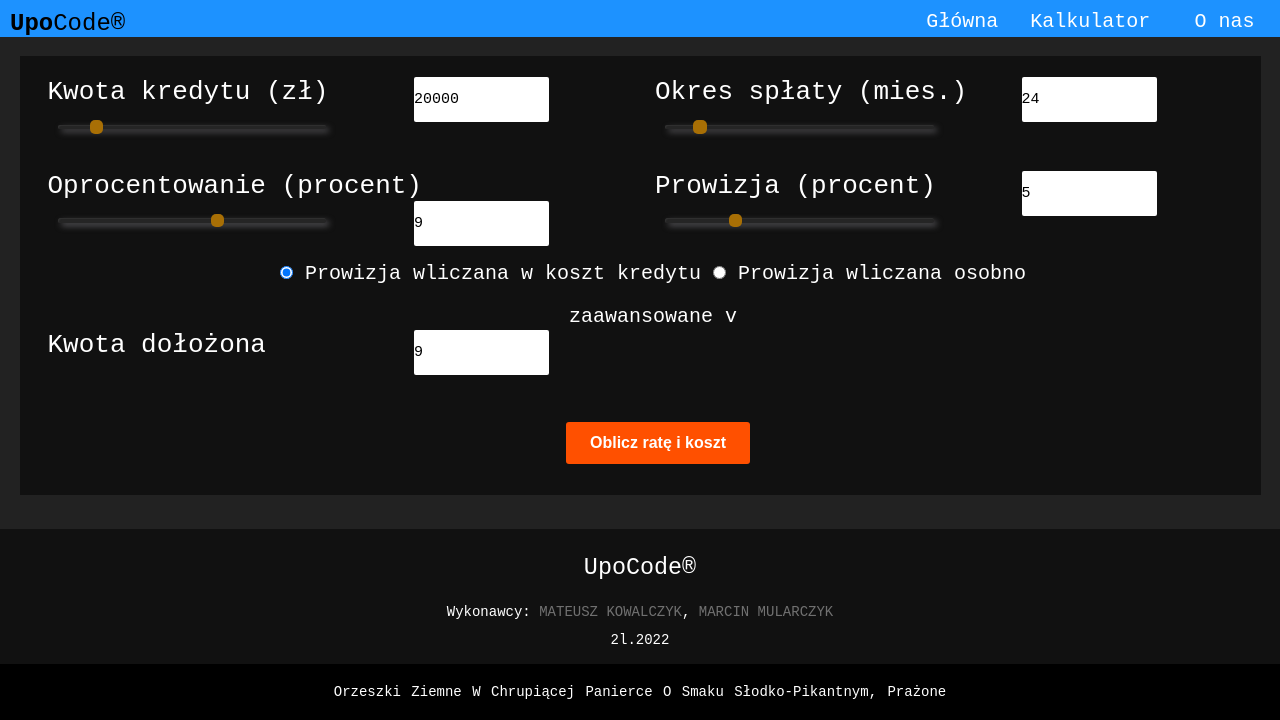
Repository: Klemingway/egzamin
Page: kalkulator.html
An editor plug-in stored every save of this project. The page is shown before and after the next save, followed by the edit.
The browser window is 1280 px wide. The pictures show the whole page.

Above is the page before, as saved 2023-01-25 12:10:25.

After the next save:
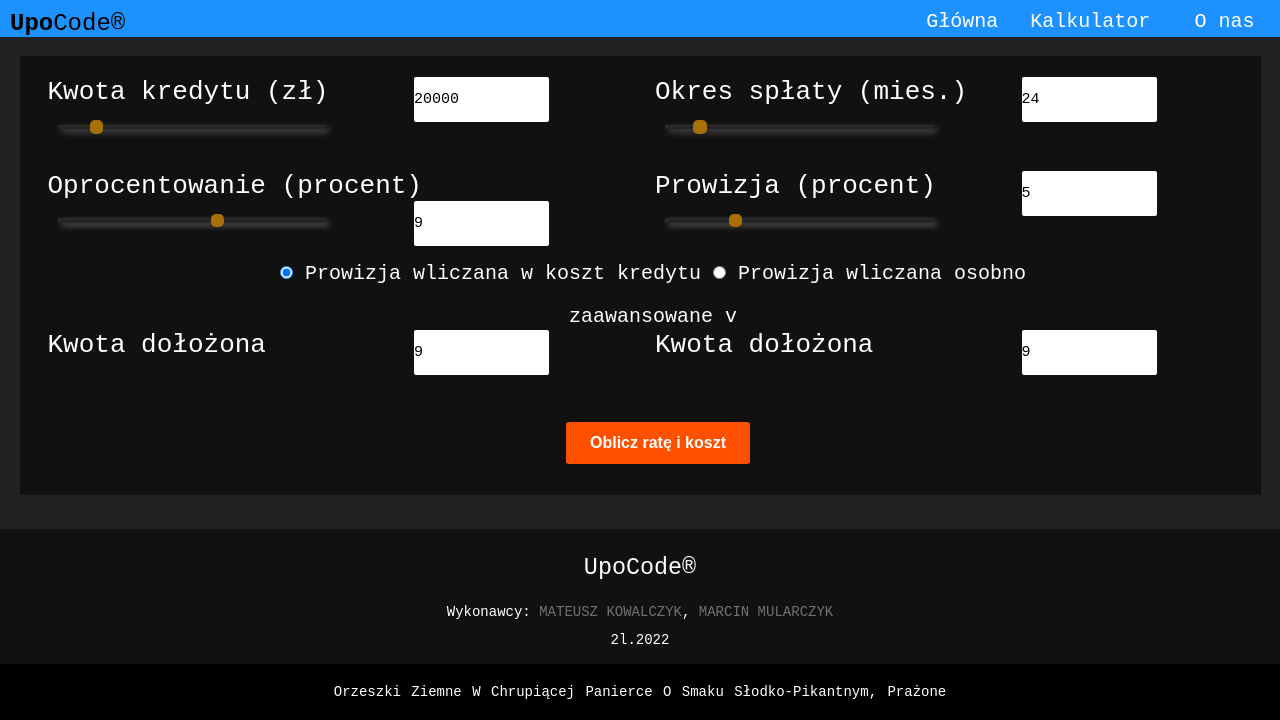
Saved 9 s later.
--- a/kalkulator.html
+++ b/kalkulator.html
@@ -66,6 +66,10 @@
         Kwota dołożona
         <input type="text" name="kwotadodana" pattern="[0-9]" id="kwotadodana" class="wej" value="9">
     </div>
+    <div id="d9" class="d">
+        Kwota dołożona
+        <input type="text" name="kwotadodana" pattern="[0-9]" id="kwotadodana" class="wej" value="9">
+    </div>
     <div id="d7">
         <input type="button" id="guzik" value="Oblicz ratę i koszt" onclick="test()">
     </div>
